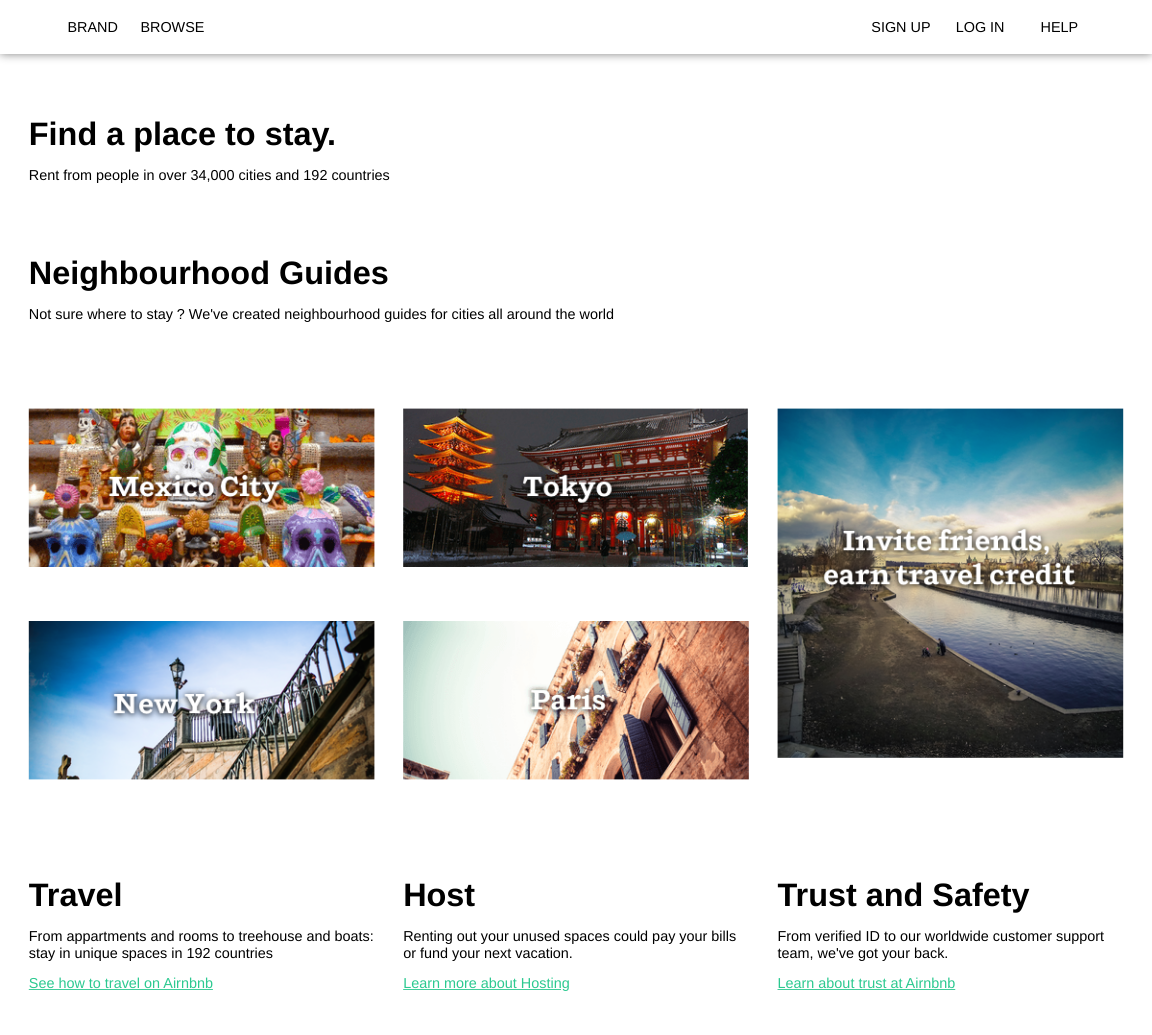
Repository: Naohonproject/web101x02-asm3
Page: Project3.html
These files come from the project's save history. The page is drawn as it stood at one moment and after the next save; the edit follows.
The browser window is 1280 px wide. The pictures show the whole page, at 90% of full size.

Above is the page before, as saved 2022-01-22 15:25:06.

### Project3.html
<!-- @format -->

<!DOCTYPE html>
<html lang="en">
	<head>
		<meta charset="UTF-8" />
		<meta http-equiv="X-UA-Compatible" content="IE=edge" />
		<meta name="viewport" content="width=device-width, initial-scale=1.0" />
		<link rel="stylesheet" href="./assets/css/style.css" />

		<link rel="stylesheet" href="./assets/css/layout.css" />
		<link rel="stylesheet" href="./assets/css/responsive.css" />
		<title>Home</title>
	</head>
	<body>
		<header id="header">
			<div class="header-wrapper">
				<div class="nav-bar">
					<div class="left-col">
						<div class="nav-item ml">
							<a href="#">Brand</a>
						</div>

						<div class="nav-item ml">
							<a href="#">Browse</a>
						</div>
					</div>

					<div class="right-col">
						<div class="nav-item ml">
							<a href="Signup.html" target="_blank">Sign Up</a>
						</div>

						<div class="nav-item ml">
							<a href="login.html" target="_blank">Log In</a>
						</div>

						<div class="nav-item ml mr">
							<a href="#" target="_blank">Help</a>
						</div>
					</div>
				</div>
			</div>
		</header>

		<div id="main" class="p-32">
			<div id="banner">
				<div class="banner-wrapper">
					<div class="content-heading">
						<h1 class="bold-text">Find a place to stay.</h1>
					</div>
					<div class="content-desc">
						<p>Rent from people in over 34,000 cities and 192 countries</p>
					</div>
				</div>
			</div>

			<div id="section">
				<div class="section-wrapper">
					<div class="section-heading">
						<h2 class="bold-text">Neighbourhood Guides</h2>
					</div>
					<div class="section-desc">
						<p>
							Not sure where to stay ? We've created neighbourhood guides for
							cities all around the world
						</p>
					</div>
				</div>
			</div>

			<div id="img-list">
				<div class="img-list-wrapper row">
					<div class="image-block col-tablet-6 col-desktop-4">
						<img
							class="first-img"
							src="./assets/img/web101x-Mexico City.png"
							alt="Mexico City"
							width="360"
						/>
						<img
							src="./assets/img/web101x-New York.png"
							alt="New York City"
							width="360"
						/>
					</div>
					<div class="image-block col-tablet-6 col-desktop-4">
						<img
							class="first-img"
							src="./assets/img/web101x-Tokyo.png"
							alt="Tokyo City"
							width="360"
						/>
						<img
							src="./assets/img/web101x-Paris.png"
							alt="Paris City"
							width="360"
						/>
					</div>
					<div class="image-block col-tablet-6 col-desktop-4">
						<img
							src="./assets/img/web101x-Invitation.png"
							alt="Invitation image"
							width="360"
						/>
					</div>
				</div>
				<div class="clear"></div>
			</div>
		</div>

		<footer id="footer" class="p-32">
			<div class="footer-wrapper row">
				<div class="footer-block col-desktop-4">
					<h3 class="bold-text">Travel</h3>
					<p>
						From appartments and rooms to treehouse and boats: stay in unique
						spaces in 192 countries
					</p>
					<a href="#">See how to travel on Airnbnb</a>
				</div>

				<div class="footer-block col-desktop-4">
					<h3 class="bold-text">Host</h3>
					<p>
						Renting out your unused spaces could pay your bills or fund your
						next vacation.
					</p>
					<a href="#">Learn more about Hosting</a>
				</div>

				<div class="footer-block col-desktop-4">
					<h3 class="bold-text">Trust and Safety</h3>
					<p>
						From verified ID to our worldwide customer support team, we've got
						your back.
					</p>
					<a href="#">Learn about trust at Airnbnb</a>
				</div>
				<div class="clear"></div>
			</div>
		</footer>
	</body>
</html>

### assets/css/style.css
/**
 * /* ======reset css======
 *
 * @format
 */

*,
::before,
::after {
	padding: 0;
	margin: 0;
	box-sizing: border-box;
	list-style-type: none;
	text-decoration: none;
	color: #000;
}

html {
	font-family: "Helvetica Neue", Helvetica, Arial;
}

.header-wrapper {
	font-size: 16px;
}

.nav-bar a {
	color: #fff;
	text-transform: uppercase;
}

### assets/css/layout.css
/** @format */
.ml {
	margin-left: 10px;
}

.mr {
	margin-right: 10px;
}

.row {
	display: flex;
	flex-direction: row;
	flex-wrap: wrap;
}

.bold-text {
	font-size: 36px;
	font-weight: bold;
}

.row > * {
	width: 100%;
	max-width: 100%;
	flex-shrink: 0;
}

.col-1 {
	width: 8.33%;
}
.col-2 {
	width: 16.66%;
}
.col-3 {
	width: 25%;
}
.col-4 {
	width: 33.33%;
}
.col-5 {
	width: 41.66%;
}
.col-6 {
	width: 50%;
}
.col-7 {
	width: 58.33%;
}
.col-8 {
	width: 66.66%;
}
.col-9 {
	width: 75%;
}
.col-10 {
	width: 83.33%;
}
.col-11 {
	width: 91.66%;
}
.col-12 {
	width: 100%;
}

#header {
	width: 100vw;
	height: 60px;
	background-color: #60646d;
	background-clip: border-box;
	position: fixed;
	left: 0;
	top: 0;
	z-index: 1;
}

.nav-bar {
	display: flex;
	flex-direction: row;
	flex-wrap: no-wrap;
	align-items: center;
	justify-content: space-evenly;
	padding: 0 20px;
}

.nav-item {
	width: 70px;
	height: 60px;
	padding: 22px 0;
	text-align: center;
}

.left-col {
	display: flex;
	flex: 2;
	flex-direction: row;
	justify-content: space-around;
	align-items: center;
}

.right-col {
	display: flex;
	flex: 3;
	flex-direction: row;
	justify-content: space-around;
	align-items: center;
}

#main {
	margin-top: 60px;
}

#main,
#footer {
	padding: 32px;
}

#banner {
	width: 100%;
	background-color: #fff;
	color: #000;
	position: relative;
	top: 0;
	left: 0;
}

div[class*="-heading"] {
	padding-top: 36px;
}

div[class*="-desc"] {
	margin-top: 16px;
}

#section {
	margin-top: 42px;
}

#img-list {
	width: 100%;
}

.img-list-wrapper {
	padding: 24px 0;
	margin: 0 auto;
}

#img-list img {
	width: 100%;
	margin-top: 56px;
}

.footer-block {
	padding: 24px 0;
}

.footer-block > * {
	padding: 16px 0;
}

#footer a {
	color: #2cc990;
	text-decoration: underline;
}

### assets/css/responsive.css
/** @format */

/* ========responsive for tablet */

@media screen and (min-width: 768px) {
	#header {
		background-color: #87766c;
	}

	.nav-bar {
		padding: 0 28px;
	}

	.left-col {
		justify-content: flex-start;
	}

	.right-col {
		justify-content: flex-end;
	}

	.ml {
		margin-left: 14px;
	}

	.mr {
		margin-right: 14px;
	}

	.img-list-wrapper {
		margin: 0 -24px;
	}

	.col-tablet-1 {
		width: 8.33%;
	}
	.col-tablet-2 {
		width: 16.66%;
	}
	.col-tablet-3 {
		width: 25%;
	}
	.col-tablet-4 {
		width: 33.33%;
	}
	.col-tablet-5 {
		width: 41.66%;
	}
	.col-tablet-6 {
		width: 50%;
		padding: 0 24px;
	}
	.col-tablet-7 {
		width: 58.33%;
	}
	.col-tablet-8 {
		width: 66.66%;
	}
	.col-tablet-9 {
		width: 75%;
	}
	.col-tablet-10 {
		width: 83.33%;
	}
	.col-tablet-11 {
		width: 91.66%;
	}
	.col-tablet-12 {
		width: 100%;
	}

	#footer p {
		padding-top: 0;
	}

	#main {
		padding-bottom: 0;
	}

	#footer {
		padding-top: 0;
	}

	.footer-block {
		margin-top: 32px;
	}
}

/* ========responsive for desktop */

@media screen and (min-width: 992px) {
	#header {
		background-color: #fff;
		box-shadow: 0 0 10px gray;
	}

	.nav-bar {
		padding: 0 50px;
	}

	.left-col {
		justify-content: flex-start;
	}

	.right-col {
		justify-content: flex-end;
	}

	.ml {
		margin-left: 18px;
	}

	.mr {
		margin-right: 18px;
	}

	.nav-bar a {
		color: #000;
	}
	.row {
		margin: 0 -16px;
	}

	.col-desktop-1 {
		width: 8.33%;
	}
	.col-desktop-2 {
		width: 16.66%;
	}
	.col-desktop-3 {
		width: 25%;
	}
	.col-desktop-4 {
		width: 33.33%;
		padding: 16px;
	}
	.col-desktop-5 {
		width: 41.66%;
	}
	.col-desktop-6 {
		width: 50%;
	}
	.col-desktop-7 {
		width: 58.33%;
	}
	.col-desktop-8 {
		width: 66.66%;
	}
	.col-desktop-9 {
		width: 75%;
	}
	.col-desktop-10 {
		width: 83.33%;
	}
	.col-desktop-11 {
		width: 91.66%;
	}
	.col-desktop-12 {
		width: 100%;
	}
}

After the next save:
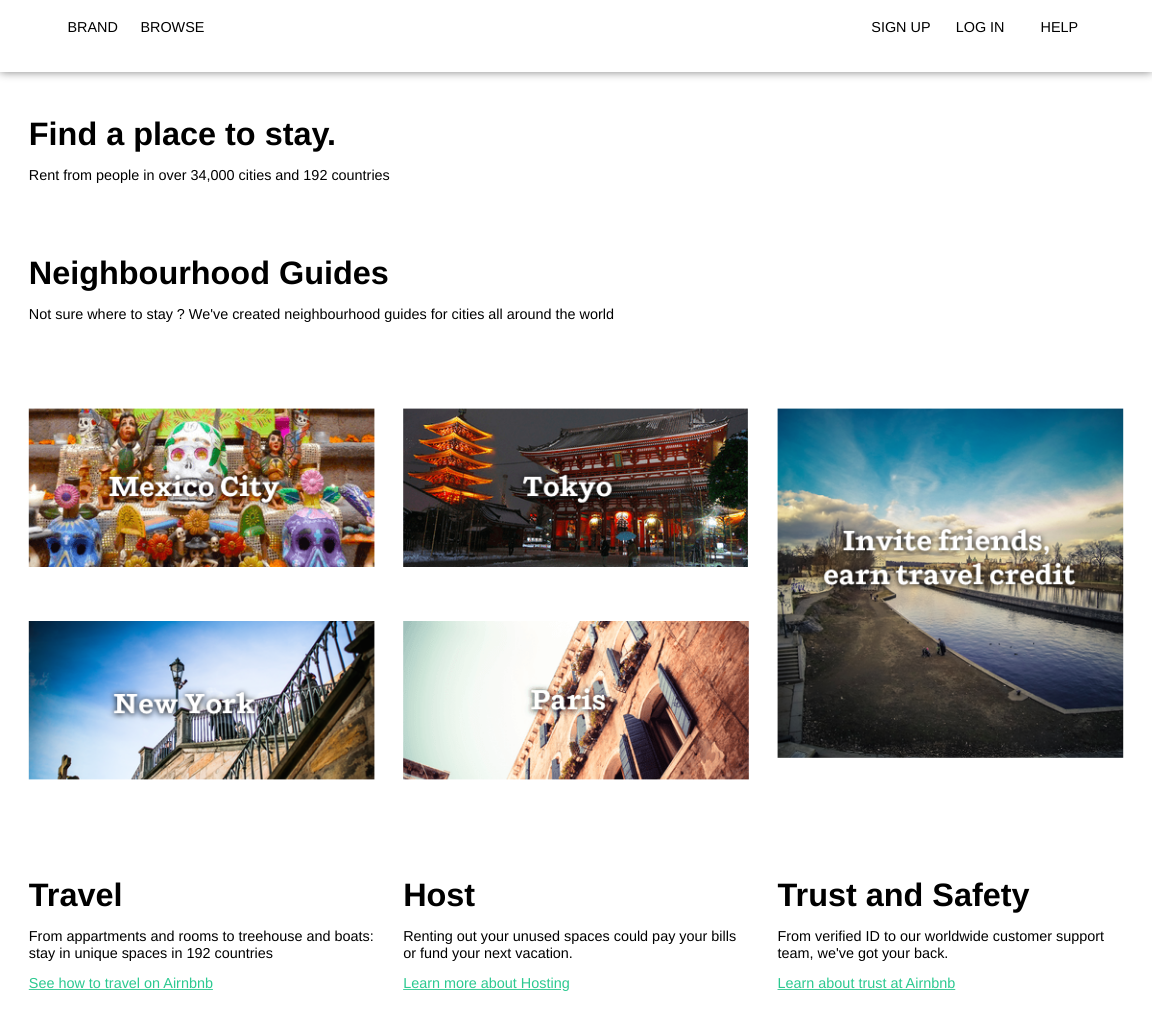
Saved 89 s later.
--- a/assets/css/layout.css
+++ b/assets/css/layout.css
@@ -63,7 +63,7 @@
 
 #header {
 	width: 100vw;
-	height: 60px;
+	height: 80px;
 	background-color: #60646d;
 	background-clip: border-box;
 	position: fixed;
